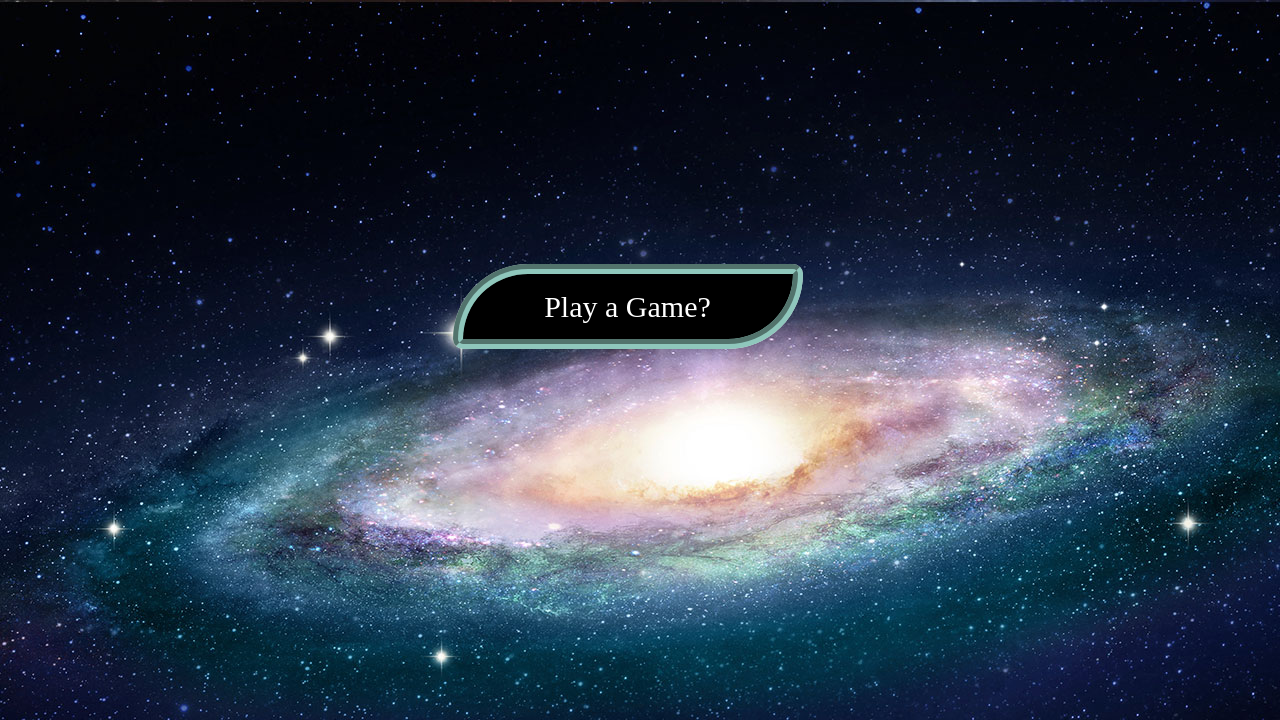
Repository: dsaftler/Trivia
Page: index.html
An editor plug-in stored every save of this project. The page is shown before and after the next save, followed by the edit.
The browser window is 1280 px wide. The pictures show the whole page.
Some web fonts or font styles are not loaded; a fallback is used.

Above is the page before, as saved 2019-04-13 18:07:06.

After the next save:
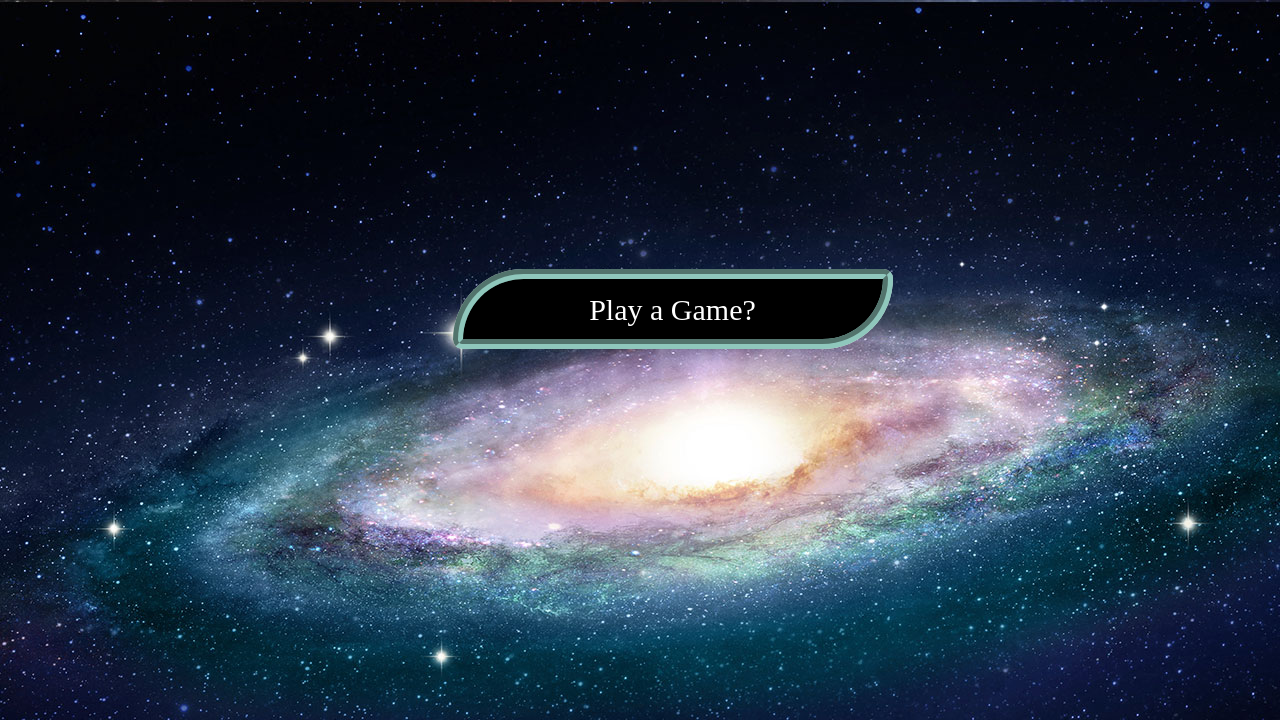
Saved 9 min 32 s later.
--- a/assets/css/style.css
+++ b/assets/css/style.css
@@ -21,16 +21,19 @@ body {
   max-width: 1536px;
 }
 button{
-  width:350px;
+  width:440px;
+  height: 80px;
   margin: auto;
+  margin-top: 5px;
   color:white;
   font-size: 30px;
-  padding: 10px;
+  padding: 0px;
   background-color:black;
   border-color: #8fc7bc;
   border-style: groove;
   border-width: 10px;
   border-radius: 150px 20px;
+
 }
 .scoreElements{
 align-content: center;
